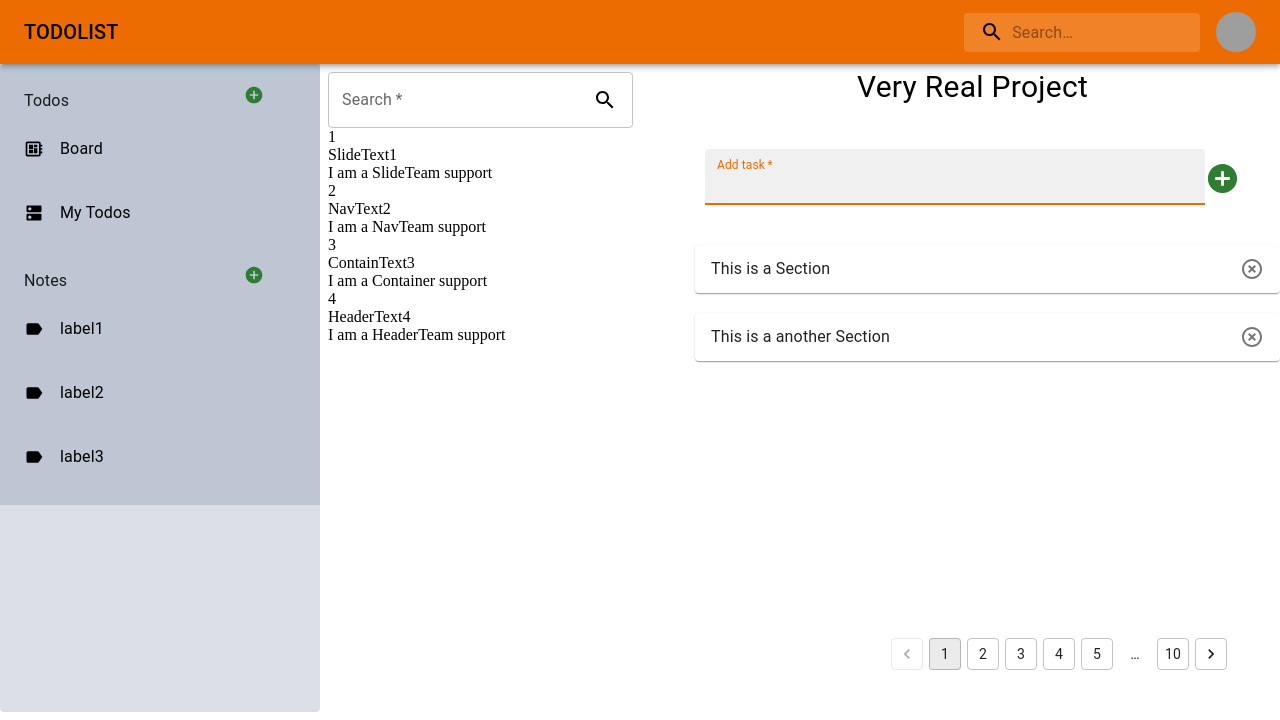
Repository: HrishrathTBS/Trackerbea
Page: /board (app in client/)
An editor plug-in stored every save of this project. The page is shown before and after the next save, followed by the edit.
The browser window is 1280 px wide. The pictures show the whole page.
Pictures or frames that could not be fetched are drawn as grey boxes. The project was rebuilt for these pictures with package versions that can differ from the ones it lists, and the page was loaded fresh each time. Also part of the build but not shown: client/src/components/TodoList.js, client/src/components/ListOfBar.js, client/src/components/MyTodos.js, client/src/pages/Label/Label1.js, client/src/pages/Label/Label2.js, client/src/pages/Label/Label3.js.

Above is the page before, as saved 2022-03-10 17:13:12.

After the next save:
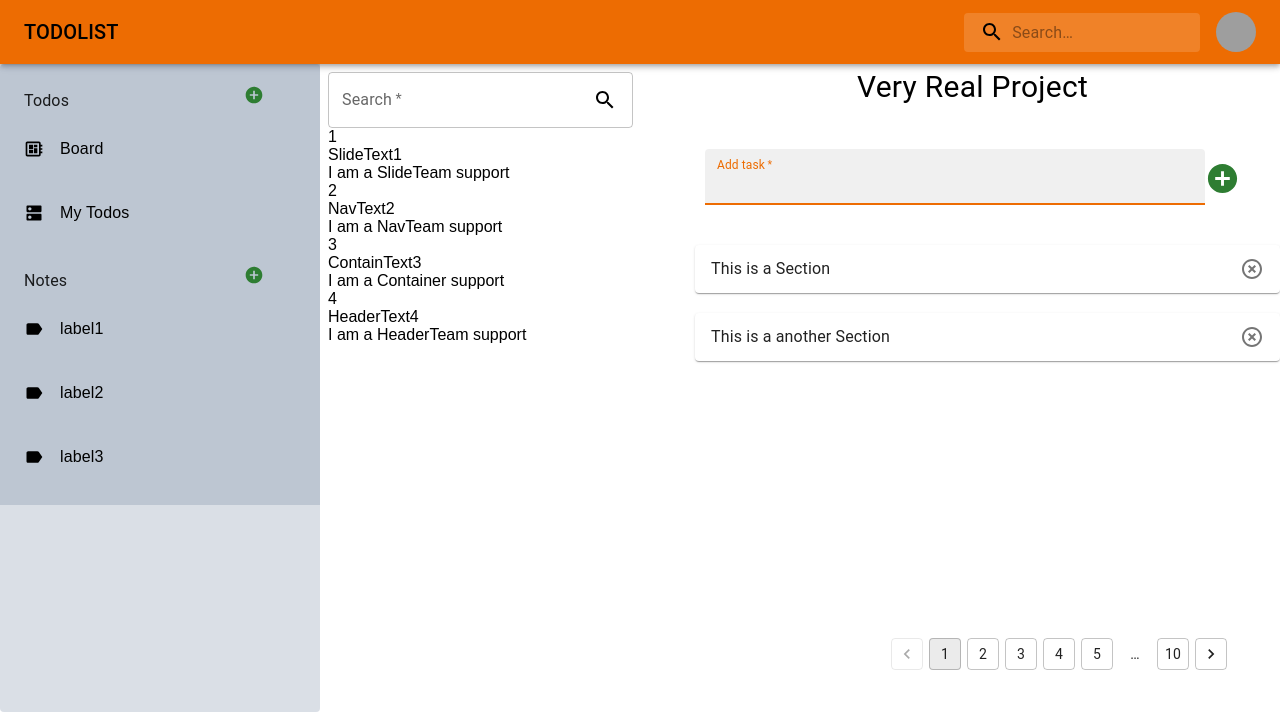
Saved 6 s later.
--- a/client/src/App.css
+++ b/client/src/App.css
@@ -2,4 +2,5 @@
   padding: 0%;
   margin: 0%;
   box-sizing: border-box;
+  font-family: sans-serif;
 }
